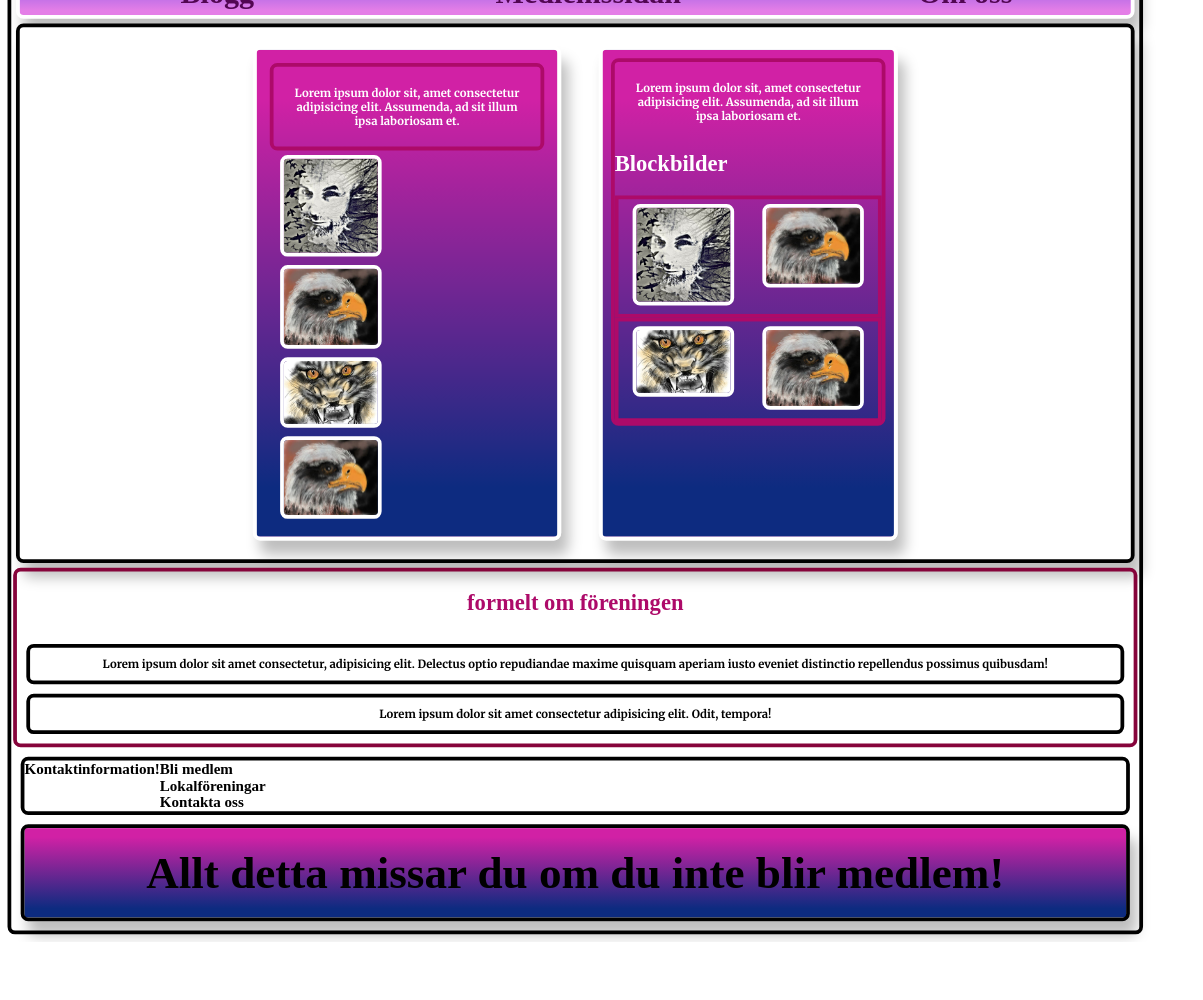
Repository: Webutveckling-20-21/lektion-3-CSS
Page: medlemssidan.html
The author's editor kept a copy of each file at every save. The page is drawn from the files as they stood at one save, then again after the next save.
The browser window is 1280 px wide. The pictures show the part of the page from y = 117 to 1181 px (the page is 1181 px tall before and 1166 px after), at 94% of full size.
A picture or video elsewhere on the page could not be fetched, so the positions and the page height are approximate. Some web fonts or font styles are not loaded; a fallback is used.

Above is the page before, as saved 2021-10-07 13:49:08.

### medlemssidan.html
<!DOCTYPE html>
<html lang="en">

<head>
    <meta charset="UTF-8">
    <meta http-equiv="X-UA-Compatible" content="IE=edge">
    <meta name="viewport" content="width=device-width, initial-scale=1.0">
    <link rel="stylesheet" href="style3.css">
    <link rel="stylesheet" href="style4.css">
    <title>om oss</title>
</head>

<body>
    <div class="header">

        <h1>Palettnördarna.se</h1>
        <div class="logo">
            <img src="images/logga.png" alt="logga" class="logo-img">
        </div>

    </div>

    <ul class="navbar">

        <li class="nav-list"> <a href="index.html">Blogg</a></li>
        <li><a href="medlemssidan.html">Medlemssidan</a></li>
        <li><a href="om oss.html">Om oss</a></li>

    </ul>

    <div class="box">



        <div class="green">
            <div class="text-info">
                <p> Lorem ipsum dolor sit, amet consectetur adipisicing elit. Assumenda, ad sit illum ipsa laboriosam
                    et.</p>
                <h2>Blockbilder</h2>
                <div class="picture">
                    <div class="pics1 pics"> <img src="images/20171005_201321.jpg" alt=""> </div>
                    <div class="pics2 pics"> <img src="images/1493892949023.jpeg" alt=""> </div>
                </div>
                <div class="picture">
                    <div class="pics3 pics"> <img src="images/1494397130015.jpeg" alt=""> </div>
                    <div class="pics4 pics"> <img src="images/1493892949023.jpeg" alt=""></div>
                </div>

            </div>
        </div>

        <div class="red">
            <div class="text-info">
                <p> Lorem ipsum dolor sit, amet consectetur adipisicing elit. Assumenda, ad sit illum ipsa laboriosam
                    et.</p>
            </div>
            <div class="pics1 pics"> <img src="images/20171005_201321.jpg" alt=""> </div>
            <div class="pics2 pics"> <img src="images/1493892949023.jpeg" alt=""> </div>
            <div class="pics3 pics"> <img src="images/1494397130015.jpeg" alt=""> </div>
            <div class="pics4 pics"> <img src="images/1493892949023.jpeg" alt=""></div>
        </div>
    </div>

    <main class="main-content">
        <h2>formelt om föreningen</h2>
        <div class="information">
            <p>Lorem ipsum dolor sit amet consectetur, adipisicing elit. Delectus optio repudiandae maxime quisquam
                aperiam iusto eveniet distinctio repellendus possimus quibusdam!</p>
            <p>Lorem ipsum dolor sit amet consectetur adipisicing elit. Odit, tempora!

            </p>
        </div>

    </main>

    <section class="contact-all"> Kontaktinformation!

        <div class="contact-info">
            <div class="be-member">Bli medlem</div>
            <div class="locals">Lokalföreningar</div>
            <div class="contact">Kontakta oss</div>
        </div>
    </section>

    <footer class="footer-place"> Allt detta missar du om du inte blir medlem!</footer>

</body>






</html>

### style3.css
@import url('https://fonts.googleapis.com/css2?family=Grechen+Fuemen&display=swap');
@import url('https://fonts.googleapis.com/css2?family=Roboto&display=swap');
@import url('https://fonts.googleapis.com/css2?family=Merriweather:wght@700&display=swap');

body {
    font-family: 'Grechen Fuemen', cursive;
    font-weight: bolder;
    border: 4px solid black;
    border-radius: 8px;
    max-width: 1200px;
}

.header {
    display: flex;
    width: 98%;
    height: 50px;
    border: 5px solid white;
    background: linear-gradient(to bottom, #6f76df 10%, #df258b 90%);
    box-shadow: 7.6px 15.2px 15.2px hsl(0deg 0% 0% / 0.26);
    border-radius: 8px;
    justify-content: center;
    margin: 5px;
}

.header h1 {
    margin: 10px;
    flex-wrap: wrap;
}

.logo-img {
    border: 0px;
}


.navbar {

    width: auto;
    height: auto;
    display: flex;
    align-items: center;
    justify-content: space-around;
    background-color: #eed9f8;
    margin: 5px;
    border-radius: 8px;
    flex-wrap: wrap;
}

audio {
    width: 200px;
    height: 50px;
}

ul {

    list-style-type: none;
    flex-wrap: wrap;
    margin-left: 5;
    margin-right: 5;
    padding: 10;
    width: 90%;
    height: auto;
    overflow: hidden;
    border: 4px solid white;
    background: linear-gradient(to bottom, #8257e7 10%, #e47ee7 90%);
    box-shadow: 7.6px 15.2px 15.2px hsl(0deg 0% 0% / 0.26);
}

.nav-list {
    margin: 5px;
    flex-wrap: wrap;

}

a {
    text-decoration: none;
    font-size: 2rem;
    color: rgb(82, 6, 82);


}

a:hover {
    color: rgb(100, 59, 212);
}

/*
.img::before {
    content:"opacity .2" ;
 }
 .img::after {
    content:" opacity 1";
 }*/

.thumbnail:hover {
    position: relative;
    top: -10px;
    /* left: -10px; */
    right: 30px;
    width: 175px;
    height: auto;
    display: block;
    z-index: 999;
    transition: all .5s ease-in-out;
}

.marg-text {
    text-align: justify;
}

/* <img src="[your hosted image URL]" class="thumbnail" height="100" width="100" />  */



.box {
    /* background: linear-gradient(to bottom, #c69de7 10%, #e47ee7 90%); */
    /* height:200px; */
    display: flex;
    /* max-width: 100%; */
    align-items: stretch;
    justify-content: center;
    flex-direction: row;
    flex-wrap: wrap;
    ;
    border: 4px solid rgb(86, 5, 102);
    background-color: white;
    border-radius: 8px;
    flex-wrap: wrap;
    border: solid 4px black;
    margin: 5px;
    /* opacity: 0.5; */
    box-shadow: 7.6px 15.2px 15.2px hsl(0deg 0% 0% / 0.26);
}

.blue {
    display:flex;
    flex-wrap: wrap;


   background: linear-gradient(to bottom, #d121a5 10%, #0d2b80 90%);
    max-width: 300px;
    max-height: auto;
    background-color: rgba(255, 255, 255, 0.2);
    margin: 20px;
    flex: 1;
    order: 2;
    border: 4px solid rgb(241, 238, 238);
    color: white;
    border-radius: 8px;
    padding: 10px;
    box-shadow: 7.6px 15.2px 15.2px hsl(0deg 0% 0% / 0.26);

}

.green {
    max-width: 300px;
    max-height: auto;
    flex: 1;
    order: 3;
    margin: 20px;
    border: 4px solid white;
    color: White;
    border-radius: 8px;
    padding: 5px;
    box-shadow: 7.6px 15.2px 15.2px hsl(0deg 0% 0% / 0.26);
    background: linear-gradient(to bottom, #d121a5 10%, #0d2b80 90%);
}

.red {
    max-width: 300px;
    margin: 20px;
    flex: 1;
    order: 1;
    padding: 10px;
    color: white;

    border: 4px solid white;
    background: rgba(255, 255, 255, 0.1);
    border-radius: 8px;
    padding: 10px;
    background: linear-gradient(to bottom, #d121a5 10%, #0d2b80 90%);
    box-shadow: 7.6px 15.2px 15.2px hsl(0deg 0% 0% / 0.26);

}

.main-content{
    display:flex;
    flex-direction: column;
  text-align: center;
  border:solid 4px rgb(134, 4, 59);
  border-radius:8;
  margin: 2px;
}
main{
    border-radius: 8px;
}

 .main-content> h2{
   color:rgb(173, 10, 105);
 }
 .information>p{
     color:black;
     border:solid 4px black;
     border-radius: 8px;
 }
 .text-info{
     border:solid 4px rgb(173,10,105);
     border-radius: 8px;
     margin:4px;

 }
 .picture{
     display:flex;
     flex-wrap: wrap;
     border:solid 4px rgb(173,10,105);

 }


img {
    margin-left: 10px;
    margin-right: 10px;
    width: 100px;
    border-radius: 8px;
    max-width: 300px;
    /*margin: auto;*/
    border: 4px solid white;
}

h2 {
    justify-content: center;
    font-weight: 700;
}
h3 {
    margin: auto;
}
p {
    font-size: 0.75rem;
    text-align: center;
    margin: 10px;
    padding: 10px;
    font-family: 'Merriweather', serif;
    color: white;
    /* font-family: 'Roboto', sans-serif;   */

}

h3 {
    /* padding: 20px; */
    text-align: center;
}

.footer-place {
    display: flex;
    justify-content: center;
    align-items: stretch;
    /* width: 90vh; */
    padding: 20px;
    margin: 10px;
    border: 4px solid black;
    background: linear-gradient(180deg, #d121a5 10%, #0d2b80 90%);
    box-shadow: 7.6px 15.2px 15.2px hsl(0deg 0% 0% / 0.26);
    border-radius: 8px;
    font-size:3rem;
}

.pics {

    margin: 5px;

}

### style4.css
@import url('https://fonts.googleapis.com/css2?family=Grechen+Fuemen&display=swap');
@import url('https://fonts.googleapis.com/css2?family=Roboto&display=swap');
@import url('https://fonts.googleapis.com/css2?family=Merriweather:wght@700&display=swap');

body {
    font-family: 'Grechen Fuemen', cursive;
    font-weight: bolder;
    border: 4px solid black;
    border-radius: 8px;
    max-width: 1200px;
}

.header {
    display: flex;
    width: 98%;
    height: 50px;
    border: 5px solid white;
    background: linear-gradient(to bottom, #6f76df 10%, #df258b 90%);
    box-shadow: 7.6px 15.2px 15.2px hsl(0deg 0% 0% / 0.26);
    border-radius: 8px;
    justify-content: center;
    margin: 5px;
}

.header h1 {
    margin: 10px;
    flex-wrap: wrap;
}

.logo-img {
    border: 0px;
}


.navbar {

    width: auto;
    height: auto;
    display: flex;
    align-items: center;
    justify-content: space-around;
    background-color: #eed9f8;
    margin: 5px;
    border-radius: 8px;
    flex-wrap: wrap;
}

audio {
    width: 200px;
    height: 50px;
}

ul {

    list-style-type: none;
    flex-wrap: wrap;
    margin-left: 5;
    margin-right: 5;
    padding: 10;
    width: 90%;
    height: auto;
    overflow: hidden;
    border: 4px solid white;
    background: linear-gradient(to bottom, #8257e7 10%, #e47ee7 90%);
    box-shadow: 7.6px 15.2px 15.2px hsl(0deg 0% 0% / 0.26);
}

.nav-list {
    margin: 5px;
    flex-wrap: wrap;

}

a {
    text-decoration: none;
    font-size: 2rem;
    color: rgb(82, 6, 82);


}

a:hover {
    color: rgb(100, 59, 212);
}

/*
.img::before {
    content:"opacity .2" ;
 }
 .img::after {
    content:" opacity 1";
 }*/

.thumbnail:hover {
    position: relative;
    top: -10px;
    /* left: -10px; */
    right: 30px;
    width: 175px;
    height: auto;
    display: block;
    z-index: 999;
    transition: all .5s ease-in-out;
}

.marg-text {
    text-align: justify;
}

/* <img src="[your hosted image URL]" class="thumbnail" height="100" width="100" />  */



.box {
    /* background: linear-gradient(to bottom, #c69de7 10%, #e47ee7 90%); */
    /* height:200px; */
    display: flex;
    /* max-width: 100%; */
    align-items: stretch;
    justify-content: center;
    flex-direction: row;
    flex-wrap: wrap;
    ;
    border: 4px solid rgb(86, 5, 102);
    background-color: white;
    border-radius: 8px;
    flex-wrap: wrap;
    border: solid 4px black;
    margin: 5px;
    /* opacity: 0.5; */
    box-shadow: 7.6px 15.2px 15.2px hsl(0deg 0% 0% / 0.26);
}



.green {
    max-width: 300px;
    max-height: auto;
    flex: 1;
    order: 3;
    margin: 20px;
    border: 4px solid white;
    color: White;
    border-radius: 8px;
    padding: 5px;
    box-shadow: 7.6px 15.2px 15.2px hsl(0deg 0% 0% / 0.26);
    background: linear-gradient(to bottom, #d121a5 10%, #0d2b80 90%);
}

.red {
    max-width: 300px;
    margin: 20px;
    flex: 1;
    order: 1;
    padding: 10px;
    color: white;

    border: 4px solid white;
    background: rgba(255, 255, 255, 0.1);
    border-radius: 8px;
    padding: 10px;
    background: linear-gradient(to bottom, #d121a5 10%, #0d2b80 90%);
    box-shadow: 7.6px 15.2px 15.2px hsl(0deg 0% 0% / 0.26);

}

.main-content {
    display: flex;
    flex-direction: column;
    text-align: center;
    border: solid 4px rgb(134, 4, 59);
    border-radius: 8;
    margin: 2px;
}

main {
    border-radius: 8px;
}

.main-content>h2 {
    color: rgb(173, 10, 105);
}


.information>p {
    color: black;
    border: solid 4px black;
    border-radius: 8px;
}

.text-info {
    border: solid 4px rgb(173, 10, 105);
    border-radius: 8px;
    margin: 4px;

}

.picture {
    display: flex;
    flex-direction: row;
    flex-wrap: wrap;
    border: solid 4px rgb(173, 10, 105);

}


img {
    margin-left: 10px;
    margin-right: 10px;
    width: 100px;
    border-radius: 8px;
    max-width: 300px;
    /*margin: auto;*/
    border: 4px solid white;
}

h2 {
    justify-content: center;
    font-weight: 700;
}

h3 {
    margin: auto;
}

p {
    font-size: 0.75rem;
    text-align: center;
    margin: 10px;
    padding: 10px;
    font-family: 'Merriweather', serif;
    color: white;
    /* font-family: 'Roboto', sans-serif;   */

}

h3 {
    /* padding: 20px; */
    text-align: center;
}
.contact-all{
    display:flex;
    flex-wrap: wrap;
    flex-direction: row;
    flex-direction: stretch;
    border:4px solid black;
    border-radius:8px;
    margin: 10px;

}
.contact {

}

.footer-place {
    display: flex;
    justify-content: center;
    align-items: stretch;
    /* width: 90vh; */
    padding: 20px;
    margin: 10px;
    border: 4px solid black;
    background: linear-gradient(180deg, #d121a5 10%, #0d2b80 90%);
    box-shadow: 7.6px 15.2px 15.2px hsl(0deg 0% 0% / 0.26);
    border-radius: 8px;
    font-size: 3rem;
}

.pics {

    margin: 5px;

}

After the next save:
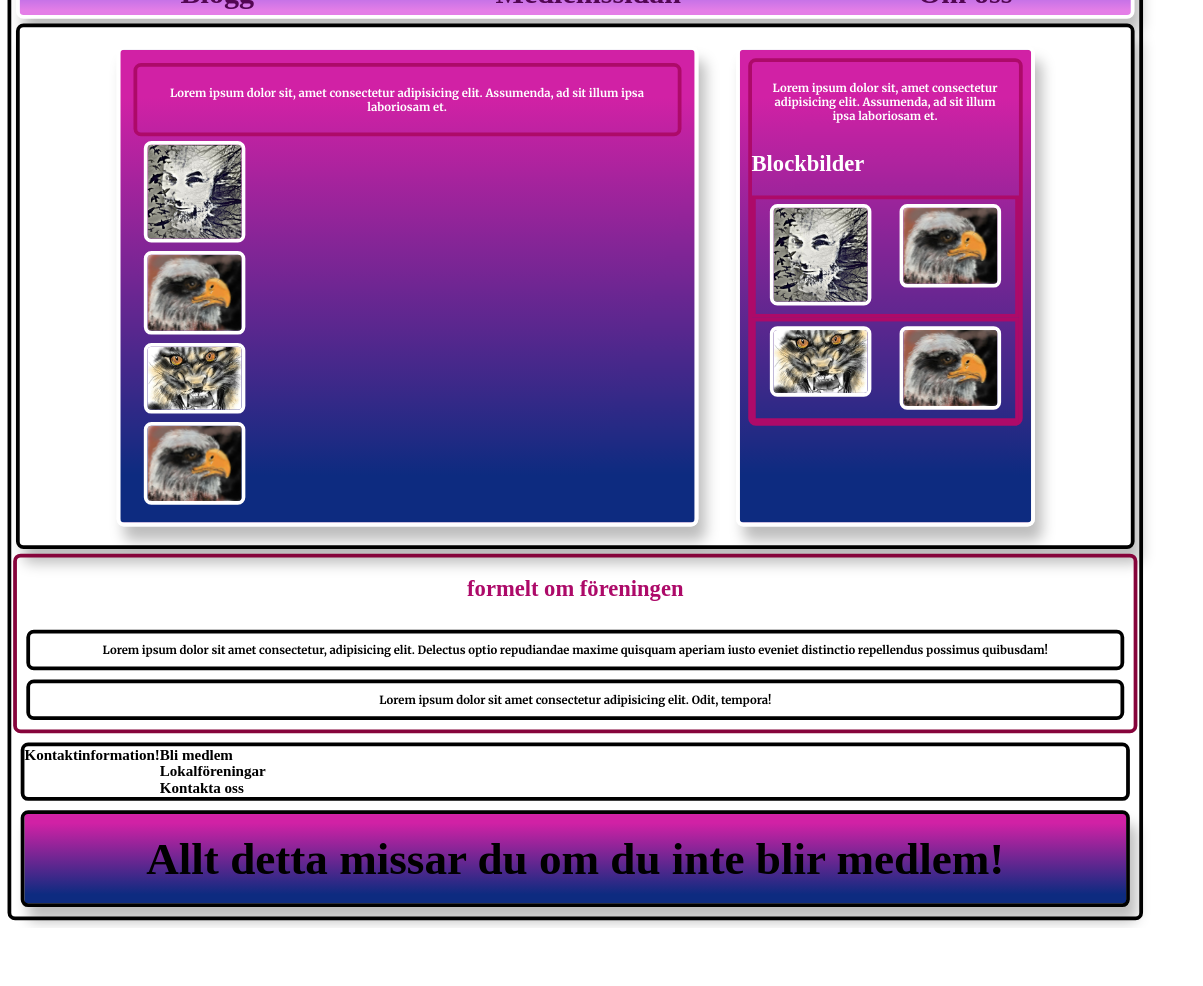
Saved 2 min 16 s later.
--- a/style4.css
+++ b/style4.css
@@ -148,7 +148,7 @@ a:hover {
 }
 
 .red {
-    max-width: 300px;
+    max-width: 50%;
     margin: 20px;
     flex: 1;
     order: 1;
@@ -197,7 +197,6 @@ main {
 
 .picture {
     display: flex;
-    flex-direction: row;
     flex-wrap: wrap;
     border: solid 4px rgb(173, 10, 105);
 
